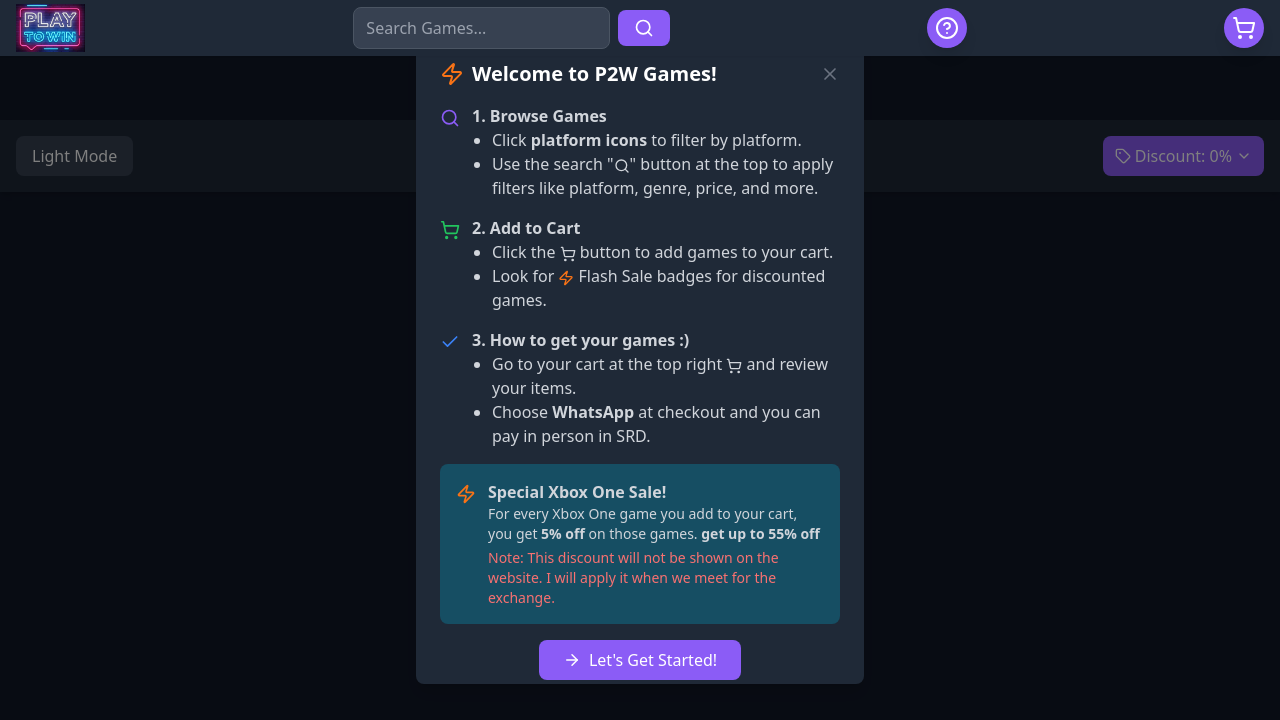
Repository: Play2Win777/P2W-Superbase
Page: /
An editor plug-in stored every save of this project. The page is shown before and after the next save, followed by the edit.
The browser window is 1280 px wide. The pictures show the whole page.
The page's requests for data from a server got no answer. The project was rebuilt for these pictures with package versions that can differ from the ones it lists, and the page was loaded fresh each time. No one was signed in, and anything a server would have sent is missing. Also part of the build but not shown: vite.config.ts, src/components/Filters.tsx, src/components/GameCard.tsx, src/components/FlashSaleBadge.tsx, src/pages/GameDetails.tsx, src/pages/Checkout.tsx, src/pages/FlashSalePage.tsx, src/components/Toast.tsx.

Above is the page before, as saved 2025-03-21 15:57:09.

After the next save:
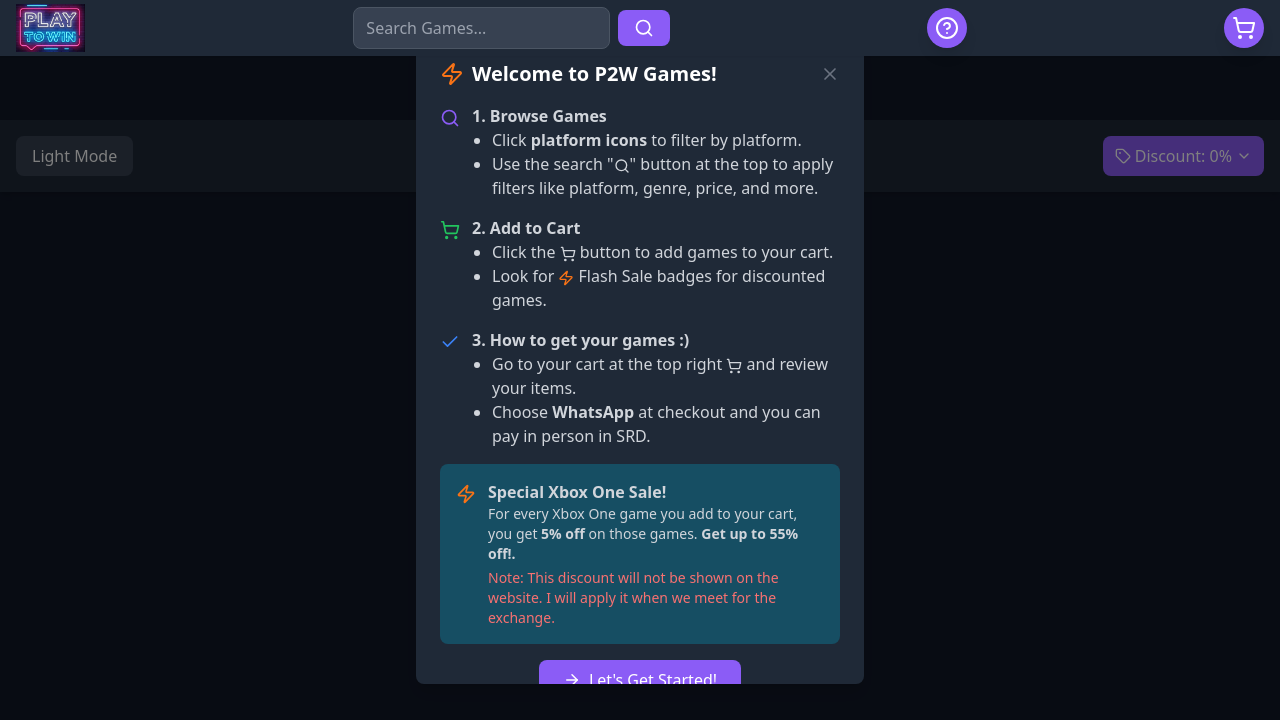
Saved 20 s later.
--- a/src/App.tsx
+++ b/src/App.tsx
@@ -81,7 +81,7 @@
               <div>
                 <p className="font-semibold">Special Xbox One Sale!</p>
                 <p className="text-sm">
-                  For every Xbox One game you add to your cart, you get <strong>5% off</strong> on those games. <strong>get up to 55% off</strong>
+                  For every Xbox One game you add to your cart, you get <strong>5% off</strong> on those games. <strong>Get up to 55% off!.</strong>
                   <span className="block mt-1 text-red-600 dark:text-red-400">
                     Note: This discount will not be shown on the website. I will apply it when we meet for the exchange.
                   </span>
